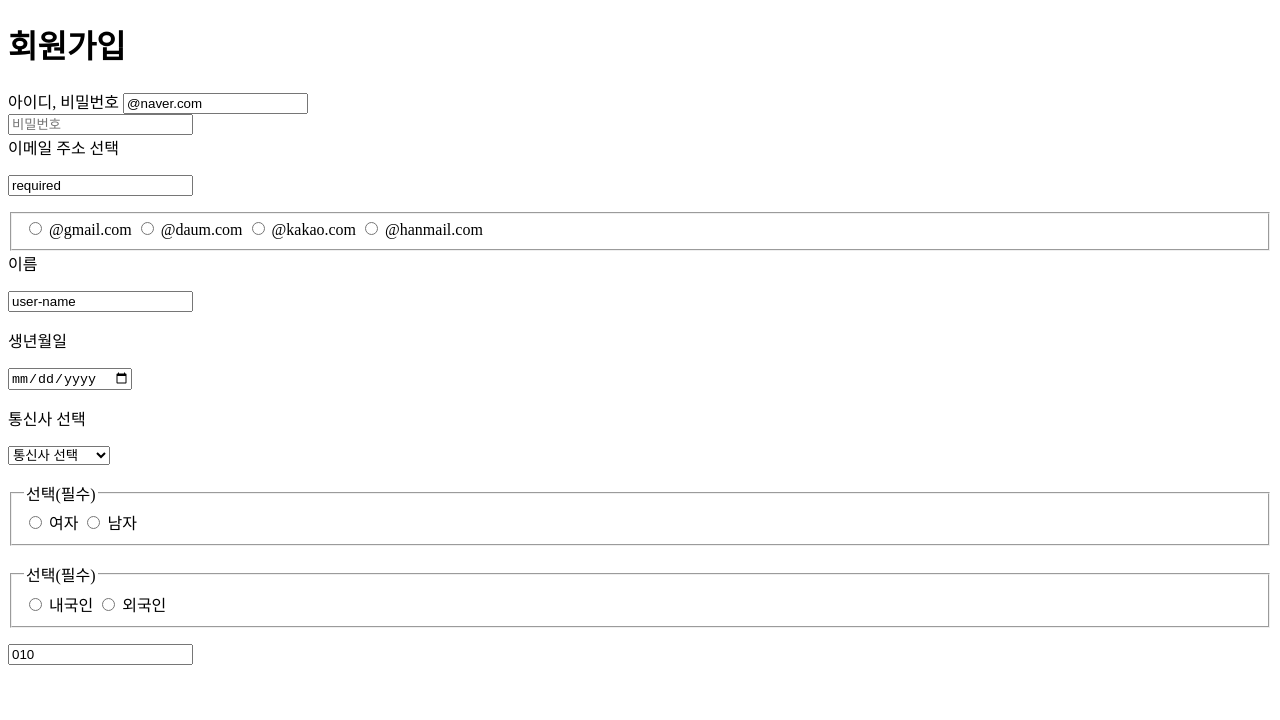
Repository: guswnsdldl/gb
Page: html workspace/h_form/src/main/webapp/join.html
These files come from the project's save history. The page is drawn as it stood at one moment and after the next save; the edit follows.
The browser window is 1280 px wide. The pictures show the whole page.

Above is the page before, as saved 2024-08-06 08:03:54.

### html workspace/h_form/src/main/webapp/join.html
<!DOCTYPE html>
<html>
<head>
<meta charset="UTF-8">
<title>join</title>
</head>
<body>
<h1>회원가입</h1>
<form>
<div> 아이디, 비밀번호
<input type="text" name="user-id" placeholder="아이디" value="@naver.com" required><br>
<input type="password" name="user-password" placeholder="비밀번호">
</div>
<div> 이메일 주소 선택
<p><input type="text" name="user-email" placeholder="이메일 입력" value= required><fieldset>
 <label><input type="radio" name="email" value="@gmail.com">
            @gmail.com</label>
  <label><input type="radio" name="email" value="@daum.com">
            @daum.com</label>
  <label><input type="radio" name="email" value="@kakao.com">
            @kakao.com</label>
  <label><input type="radio" name="email" value="@hanmail.com">
            @hanmail.com</label>
</fieldset>

</div> 이름
<div>
<p><input type="text" name="user-name" placeholder="실명" value="user-name" required><br>
</div>
<div>	생년월일
        <p> <input type="date">
</div>

<div>통신사 선택
<p><select name="select-telecom">
            <option value="" selected>통신사 선택</option>
            <option value="computer">KT</option>
            <option value="model">SKT</option>
            <option value="nurse">LG U+</option>
            <option value="music">KT 알뜰폰</option>
            <option value="mechanic">SKT 알뜰폰</option>
             <option value="mechanic">LG U+ 알뜰폰</option>
   </select>
</div>
<div>
<p><fieldset>
        <legend>선택(필수)</legend>
          <label> <input type="radio" name="gender" value="여자">
            여자
         </label><label> <input type="radio" name="gender" value="남자">
            남자
         </label>
      </fieldset>
</div>
<div>
<p><fieldset>
        <legend>선택(필수)</legend>
          <label> <input type="radio" name="from" value="내국인">
            내국인
         </label><label> <input type="radio" name="from" value="외국인">
            외국인
         </label>
      </fieldset>
</div>
<div>
<p><input type="tel" name="user-telephone" placeholder="전화번호" value="010" required>
</div>

</form>

</body>
</html>

After the next save:
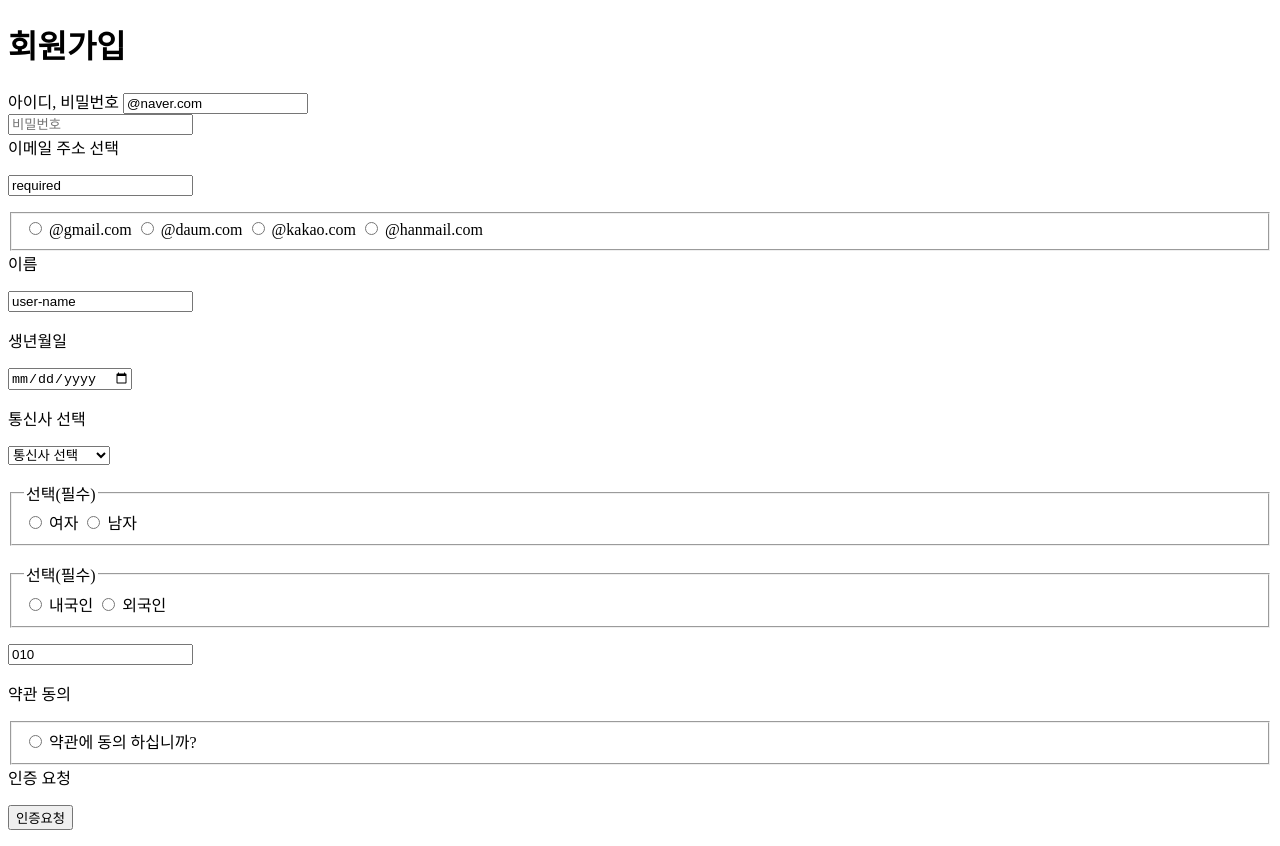
Saved 7 min 33 s later.
--- a/html workspace/h_form/src/main/webapp/join.html
+++ b/html workspace/h_form/src/main/webapp/join.html
@@ -55,9 +55,9 @@
 <div>
 <p><fieldset>
         <legend>선택(필수)</legend>
-          <label> <input type="radio" name="from" value="내국인">
+          <label> <input type="radio" name="from" value="korean">
             내국인
-         </label><label> <input type="radio" name="from" value="외국인">
+         </label><label> <input type="radio" name="from" value="foreigner">
             외국인
          </label>
       </fieldset>
@@ -66,6 +66,18 @@
 <p><input type="tel" name="user-telephone" placeholder="전화번호" value="010" required>
 </div>
 
+<div> 약관 동의
+<p> <fieldset>
+ <label> <input type="radio" name="agree" value="agree">
+            약관에 동의 하십니까?</label>
+</fieldset>
+</div>
+<div> 인증 요청
+<p> <input type="button" value="인증요청" required>
+
+
+</div>
+
 </form>
 
 </body>
